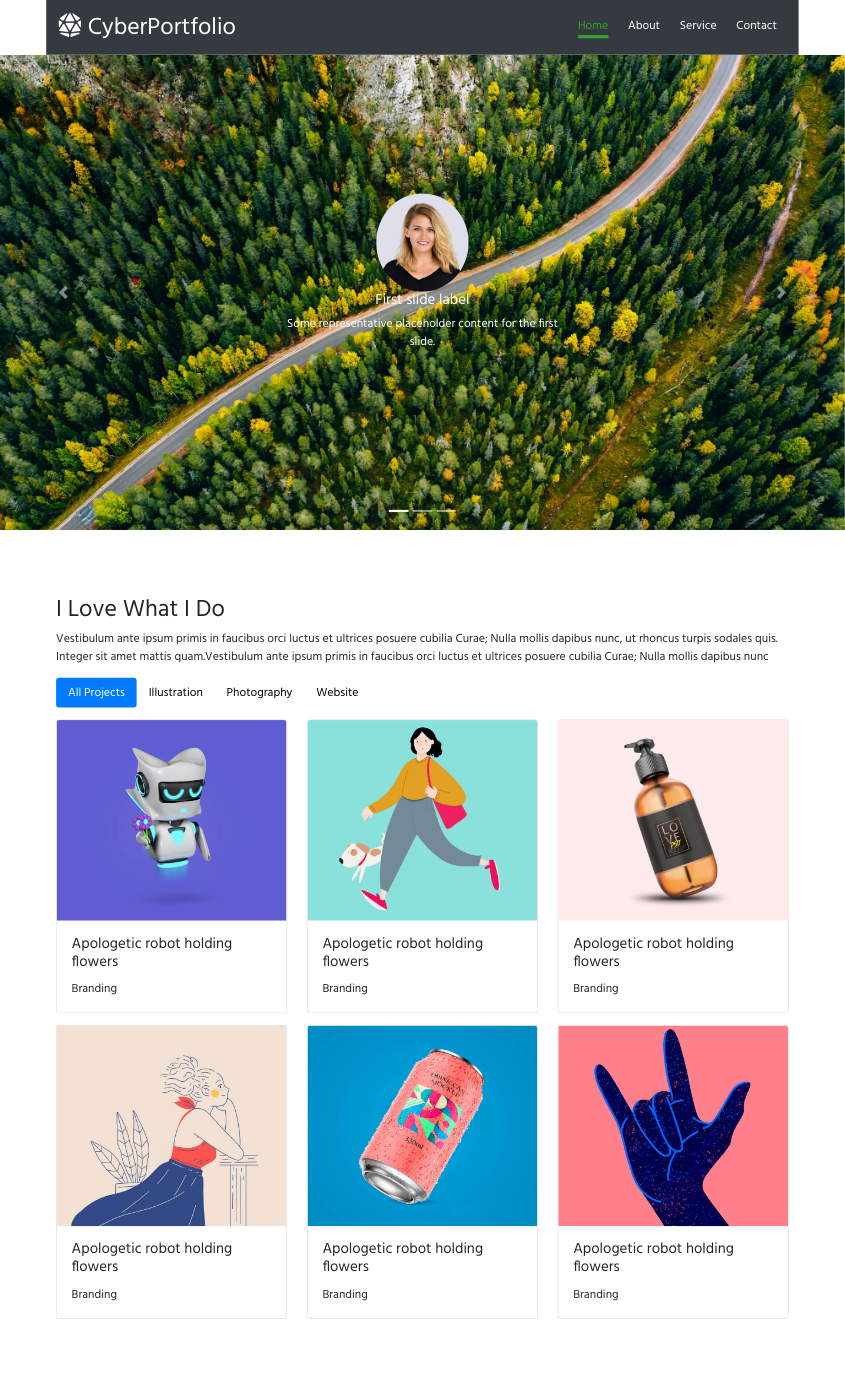
Repository: thanhfrankie/portfolio
Page: index.html
The author's editor kept a copy of each file at every save. The page is drawn from the files as they stood at one save, then again after the next save.
The browser window is 1280 px wide. The pictures show the whole page, at 66% of full size.

Above is the page before, as saved 2023-11-30 09:46:34.

After the next save:
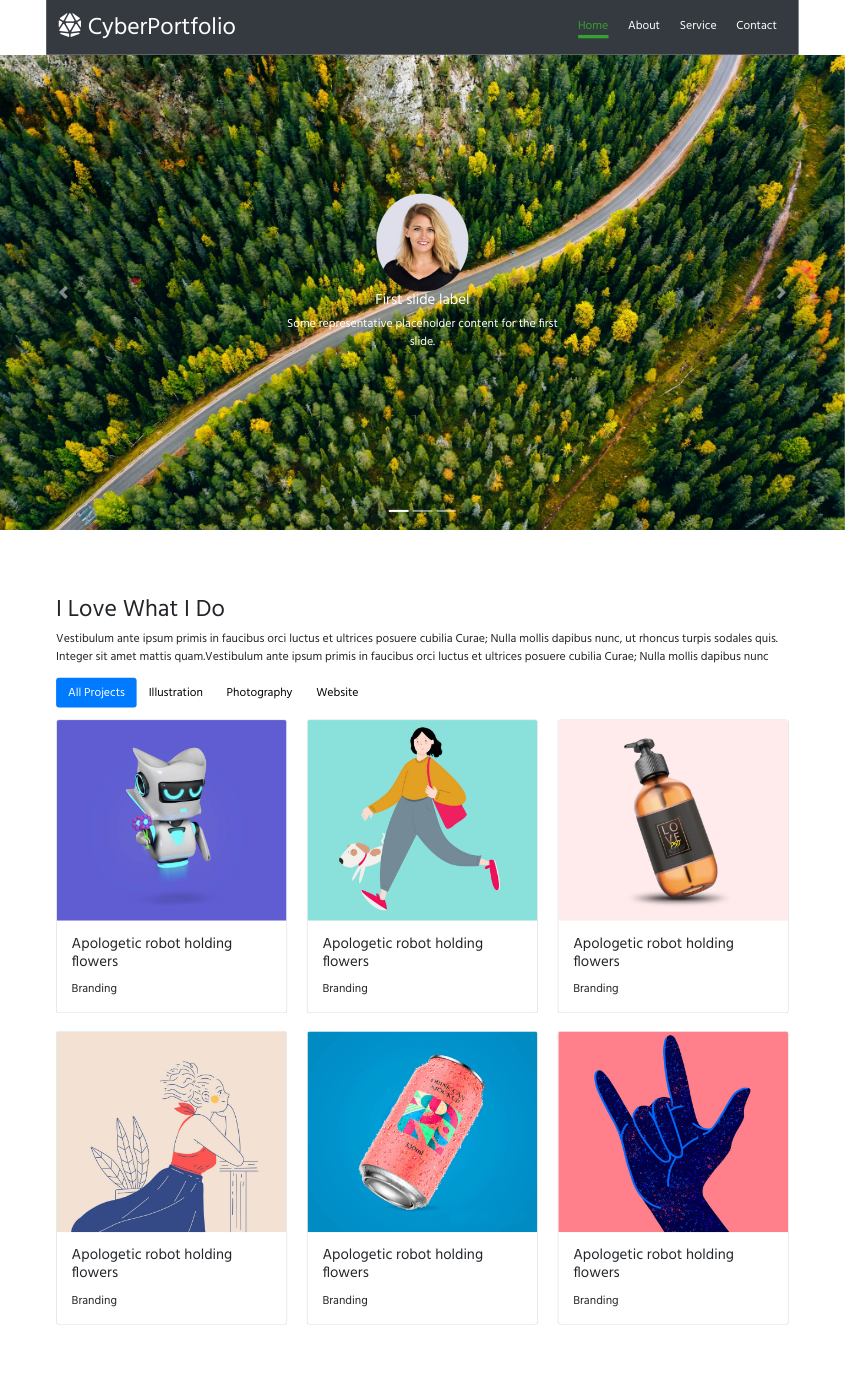
Saved 25 s later.
--- a/index.html
+++ b/index.html
@@ -160,7 +160,7 @@
               </div>
 
               <!-- cột dư sẽ được đẩy xuống hàng 2 -->
-              <div class="col-4 mt-3">
+              <div class="col-4 mt-4">
                 <div class="card">
                   <img src="./img/g4.jpg" class="card-img-top" alt="...">
                   <div class="card-body">
@@ -169,7 +169,7 @@
                   </div>
                 </div>
               </div>
-              <div class="col-4 mt-3">
+              <div class="col-4 mt-4">
                 <div class="card">
                   <img src="./img/g5.jpg" class="card-img-top" alt="...">
                   <div class="card-body">
@@ -179,7 +179,7 @@
                 </div>
 
               </div>
-              <div class="col-4 mt-3">
+              <div class="col-4 mt-4">
 
                 <div class="card">
                   <img src="./img/g6.jpg" class="card-img-top" alt="...">
